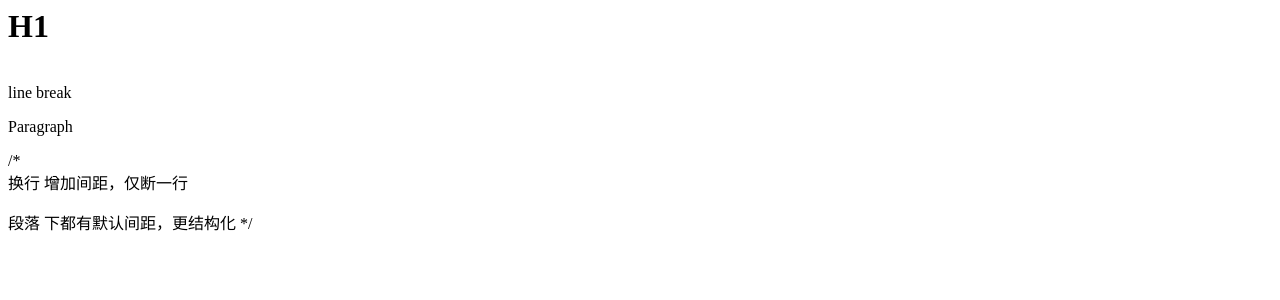
Repository: margo-m-chen/group_project
Page: tutorial.html
An editor plug-in stored every save of this project. The page is shown before and after the next save, followed by the edit.
The browser window is 1280 px wide. The pictures show the whole page.

Above is the page before, as saved 2025-07-18 14:20:19.

After the next save:
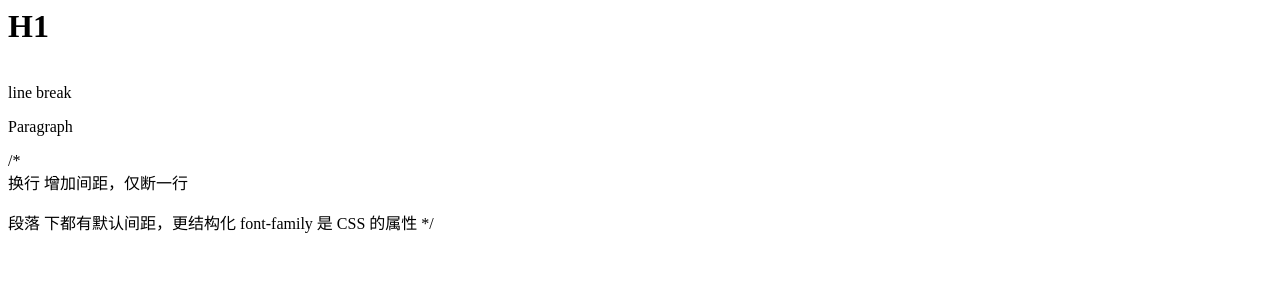
Saved 47 s later.
--- a/tutorial.html
+++ b/tutorial.html
@@ -13,8 +13,11 @@
     /*
     <br>换行 增加间距，仅断一行
     <p>段落 下都有默认间距，更结构化
+
+
+        font-family 是 CSS 的属性
+
         */
-
 
 </body>
 
